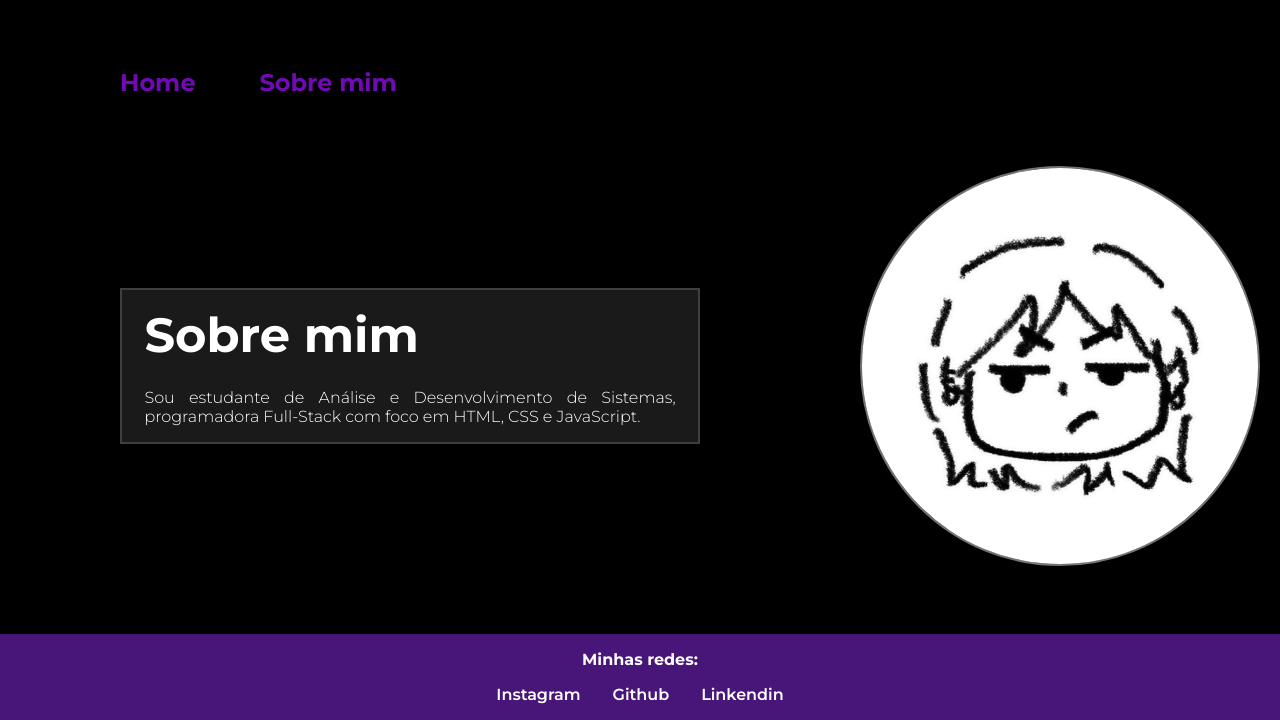
Repository: analessp/portfolio-developer
Page: index.html
An editor plug-in stored every save of this project. The page is shown before and after the next save, followed by the edit.
The browser window is 1280 px wide. The pictures show the whole page.

Above is the page before, as saved 2025-04-24 10:29:44.

### index.html
<!DOCTYPE html>
<html lang="pt-BR">
<head>
    <meta charset="UTF-8">
    <meta name="viewport" content="width=device-width, initial-scale=1.0">
    <title>Portfólio de Ana Lessa</title>
    <link rel="stylesheet" href="style.css">
    <link rel="stylesheet" href="https://cdnjs.cloudflare.com/ajax/libs/font-awesome/6.5.0/css/all.min.css" />
</head>
<body>
    <header>
        <nav>
            <uL class="navbar-list">
                <li>
                    Home</li>
                <li>Sobre mim</li>
            </uL>
        </nav>
    </header>
    <main>
        <div class="about-me">
            <h1>Sobre mim</h1>
            <p>Sou estudante de Análise e Desenvolvimento de Sistemas, programadora Full-Stack com foco em HTML, CSS e JavaScript.</p>
        </div>
        <img src="/assets/avatar.jfif" alt="Avatar de Ana Lessa" class="about-me-image">
    </main>
    <footer>
        <h4>Minhas redes:</h4>
        <ul>
            <li>
                <a *href*="#">Instagram</a>

            </li>
            <li> <a *href*="#">Github</a></li>
            <li> <a *href*="#">Linkendin</a></li>
            </ul>
    </footer>
</body>
</html>

### style.css
@import url('https://fonts.googleapis.com/css2?family=Montserrat:ital,wght@0,100..900;1,100..900&display=swap');

* {
    margin: 0;
    padding: 0;
    box-sizing: border-box;
    font-family: "Montserrat", sans-serif;
}

body {
    display: flex;
    flex-direction: column;
    justify-content: space-between;
    height: 100vh;
    width: 100%;
    background-color: black;
    color: white;
}

.navbar-list {
    padding-left: 120px;
    padding-top: 68px;
    display: flex;
    gap: 4rem;
    list-style-type: none;
    color: #7209b7;
    font-weight: 700;
    font-size: 1.5rem;
    margin-bottom: 3rem;
}

main {
    padding-left: 120px;
    display: flex;
    gap: 10rem;
    align-items: center;
}

.about-me {
    background-color: rgba(255, 255, 255, 0.1);
    display: flex;
    flex-direction: column;
    gap: 1.5rem;
    width: 50%;
    text-align: justify;
    padding: 1rem 1.4rem;
    border: 2px solid rgb(63, 63, 63);
}

.about-me h1 {
    font-size: 3rem;
}

.about-me p {
    font-weight: 300;
}

.about-me-image {
    width: 25rem;
    border-radius: 50%;
    border: 2px solid rgba(208, 208, 208, 0.552);
    height: fit-content;
}

footer {
    margin-top: 3rem;
    padding-top: 1rem;
    background-color: rgb(72, 22, 120);
    display: flex;
    flex-direction: column;
    align-items: center;
    gap: 1rem;
}

footer ul {
    display: flex;
    gap: 2rem;
    list-style-type: none;
    margin-bottom: 1rem;
}

footer a {
    text-decoration: none;
    color: white;
    font-weight: 600;
}

@media only screen and (max-width: 768px) {

    body {
        justify-content: center;
    }

    .navbar-list {
        justify-content: center;
        padding-left: 0;
        padding-top: 40px;
        margin-bottom: 0;
    }

    main {
        margin-top: 0;
        flex-direction: column-reverse;
        padding-left: 0;
        gap: 0;
    }

    .about-me-image {
        width: 18rem;
    }

    .about-me {
        width: 70%;
        height: 50px;
        overflow-y: auto;
    }

    .about-me h1 {
        text-align: center;
    }

    .about-me p {
        font-size: 1.2rem;
    }

}

After the next save:
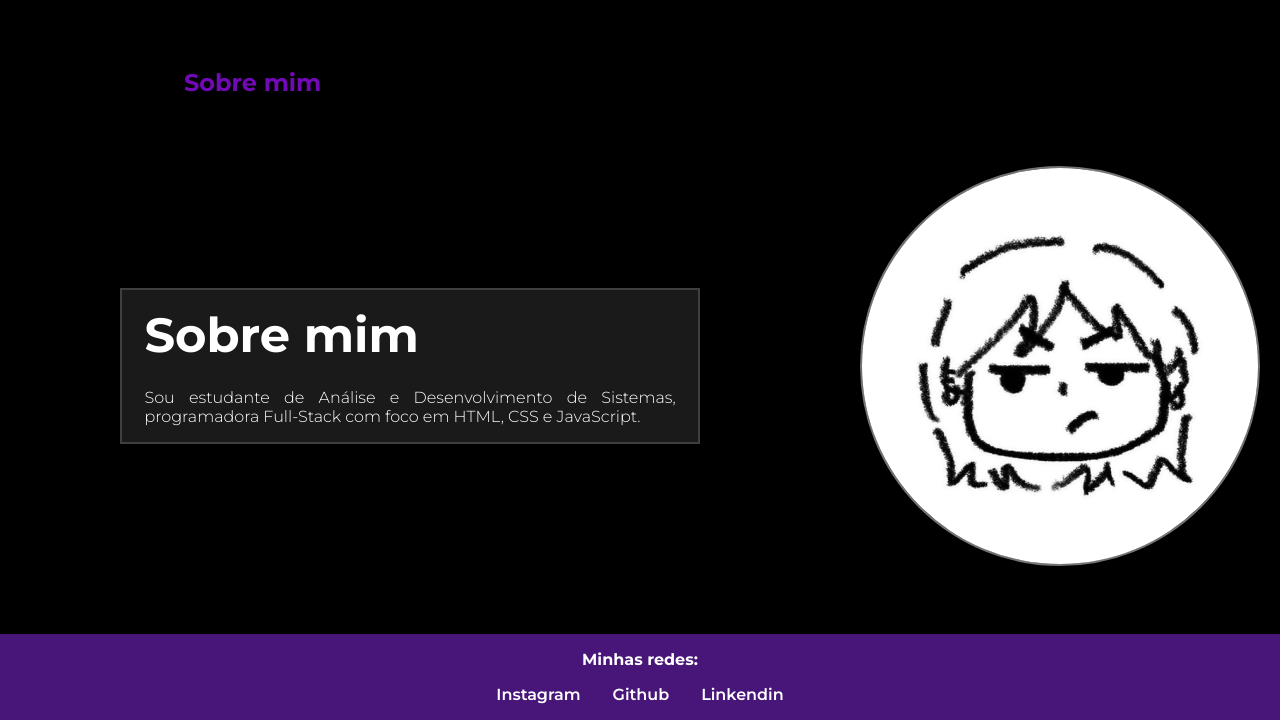
Saved 4 s later.
--- a/index.html
+++ b/index.html
@@ -12,7 +12,7 @@
         <nav>
             <uL class="navbar-list">
                 <li>
-                    Home</li>
+                    <aHome</li>
                 <li>Sobre mim</li>
             </uL>
         </nav>
